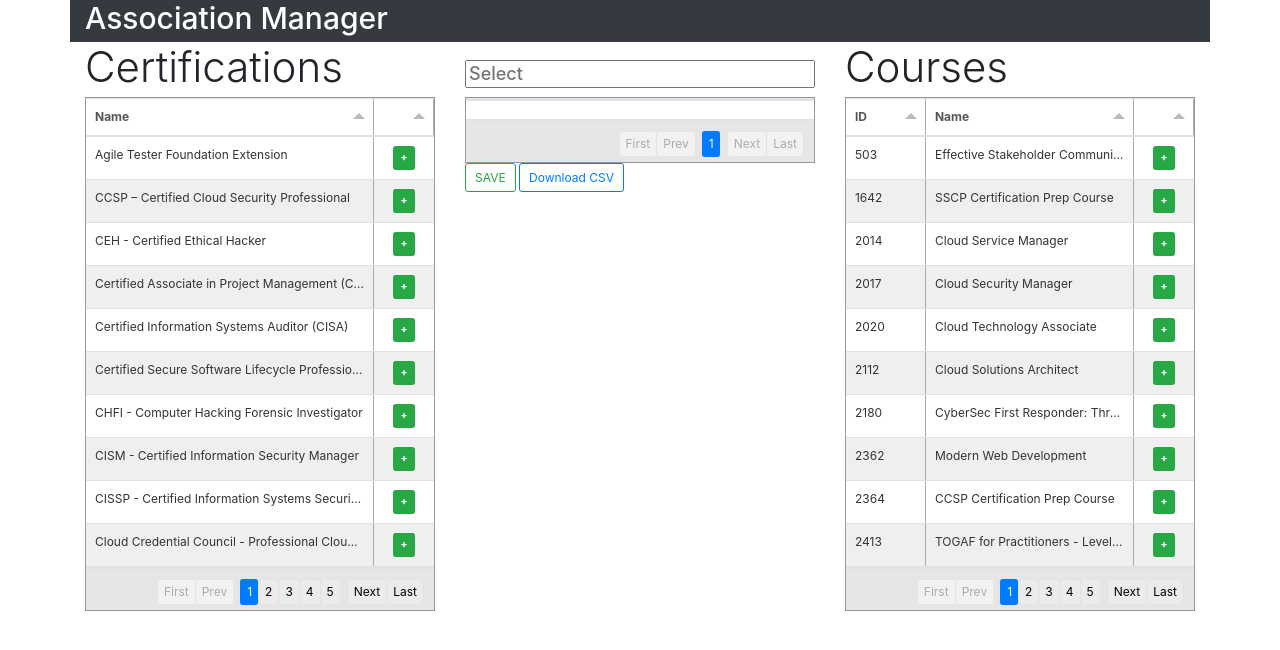
Repository: t1s1/pathfinder2
Page: index.html
The author's editor kept a record of every edit. The page is drawn from the files as they stood at one moment, then again after the next edit.
The browser window is 1280 px wide. The pictures show the whole page.

Above is the page before.

After the next edit:
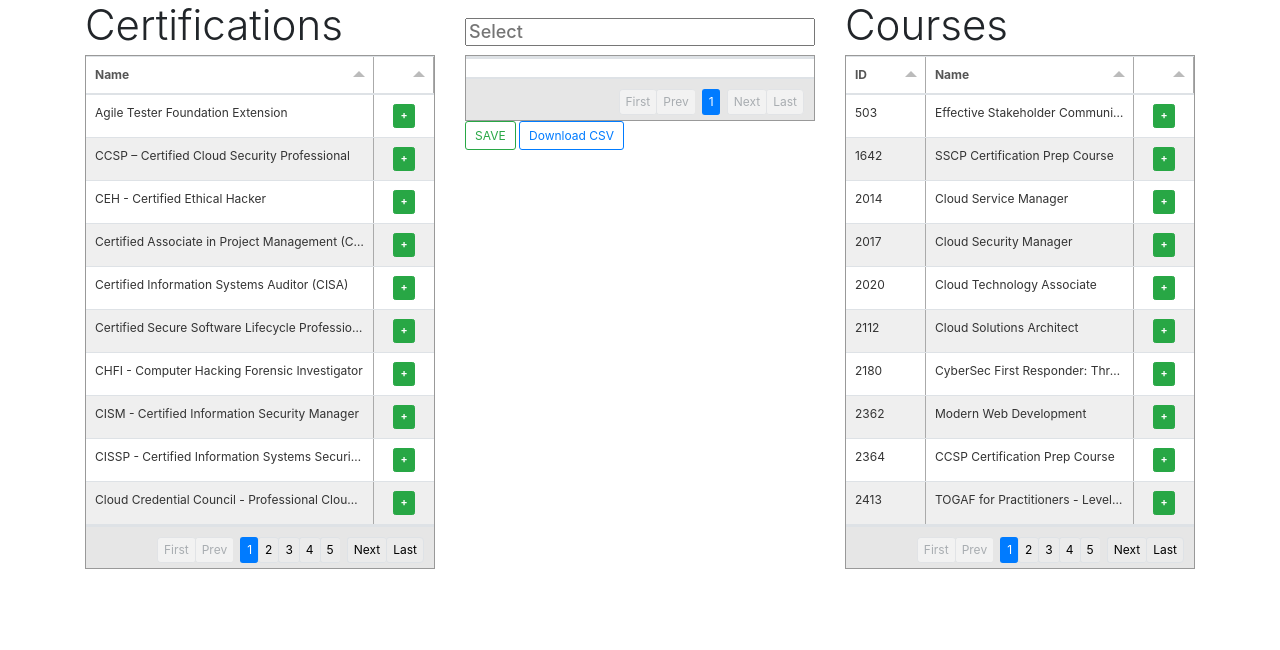
The edit:
--- a/index.html
+++ b/index.html
@@ -34,11 +34,6 @@
 
 <body>
 <div class="container">
-  <div id="header" class="row bg-dark">
-    <div class="col-lg">
-      <h1 class="float-left text-white">Association Manager</h1>
-    </div>
-  </div>
   <div id="col-header" class="row">
     <div class="display-4 col-xl-4">Certifications</div>
       <div class="col-xl-4">
